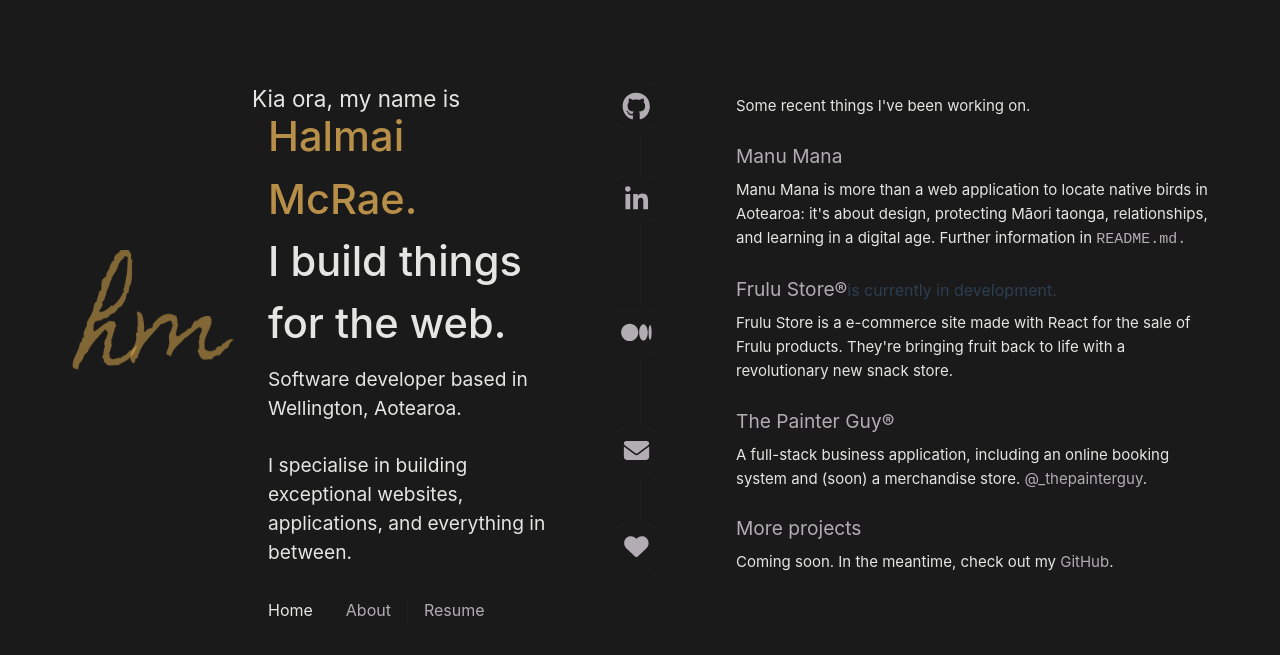
Repository: halmai-mcrae/halmai-vue-portfolio
Page: /
These files come from the project's save history. The page is drawn as it stood at one moment and after the next save; the edit follows.
The browser window is 1280 px wide. The pictures show the whole page.
The project was rebuilt for these pictures with package versions that can differ from the ones it lists, and the page was loaded fresh each time. Also part of the build but not shown: vite.config.ts.

Above is the page before, as saved 2022-11-27 18:26:58.

### index.html
<!DOCTYPE html>
<html lang="en">
  <head>
    <meta charset="UTF-8" />
    <link rel="icon" href="public/favicon.ico" />
    <link rel="apple-touch-icon" sizes="180x180" href="/apple-touch-icon.png">
    <link rel="icon" type="image/png" sizes="32x32" href="/favicon-32x32.png">
    <link rel="icon" type="image/png" sizes="16x16" href="/favicon-16x16.png">
    <link rel="manifest" href="/site.webmanifest">
    <meta name="viewport" content="width=device-width, initial-scale=1.0" />
    <title>Halmai McRae</title>
  </head>
  <body>
    <div id="app"></div>
    <script type="module" src="/src/main.ts"></script>
  </body>
</html>

### src/App.vue
<script setup lang="ts">
import { RouterLink, RouterView } from "vue-router";
import HelloWorld from "@/components/HelloWorld.vue";
</script>

<template>
  <header>
    <img
      alt="hm script"
      class="logo"
      src="@/assets/hmlogo.png"
      width="180"
      height="220"
    />

    <div class="wrapper">
      <HelloWorld msg="Halmai McRae" />

      <nav class="nav">
        <RouterLink to="/">Home</RouterLink>
        <RouterLink to="/about">About</RouterLink>
      <a href="/Halmai_McRae_Resume.pdf" target="_blank">
        Resume
      </a>
      </nav>

      <nav class="nav-hidden">
        <a href="https://github.com/halmai-mcrae">
          <font-awesome-icon icon="fa-brands fa-github" transform="grow-14 down-2"/>
        </a>
        <a href="https://www.linkedin.com/in/halmai-mcrae/">
          <font-awesome-icon icon="fa-brands fa-linkedin-in" transform="grow-12 down-2"/>
        </a>
        <a href="https://medium.com/@halmaimcrae">
          <font-awesome-icon icon="fa-brands fa-medium" transform="grow-10 down-2"/>
        </a>
        <a href="mailto: hello@halmaimcrae.co.nz">
          <font-awesome-icon icon="fa-solid fa-envelope" transform="grow-11 down-1"/>
        </a>
    <RouterLink to="/interests">
      <font-awesome-icon icon="fa-solid fa-heart" fixed-width transform="grow-10 down-1"/>
      </RouterLink>
      </nav>

    </div>
  </header>

  <RouterView />
</template>

<style>
@import "@/assets/base.css";

#app {
  max-width: 1200px;
  margin: 0 auto;
  padding: 2rem;
  font-weight: normal;
}

header {
  line-height: 1.5;
  max-height: 100vh;
}

.logo {
  display: block;
  margin: 0 auto 2rem;
}

a,
.green {
  text-decoration: none;
  color:  #B2ADB3;
  transition: 0.4s;
}

.nav-hidden {
    display: none;
  }

@media (hover: hover) {
  a:hover {
    background-color: transparent;
  }
}

nav {
  width: 100%;
  max-width: none;
  font-size: 12px;
  text-align: center;
  margin-top: 2rem;
}

nav a.router-link-exact-active {
  color: #e5e6e4;
}

nav a.router-link-exact-active:hover {
  background-color: transparent;
}

nav a {
  display: inline-block;
  padding: 0 1rem;
  border-left: 1px solid var(--color-border);
}

nav a:first-of-type {
  border: 0;
}

@media (min-width: 1024px) {
  body {
    display: flex;
    place-items: center;
  }

  #app {
    display: grid;
    grid-template-columns: 1fr 1fr;
    padding: 0 2rem;
  }

  header {
    display: flex;
    place-items: center;
    padding-right: calc(var(--section-gap) / 2);
  }

  header .wrapper {
    display: flex;
    place-items: flex-start;
    flex-wrap: wrap;
  }

  .logo {
    margin: 0 1rem 0 0;
  }

  nav {
    text-align: left;
    margin-left: -1rem;
    font-size: 1rem;

    padding: 1rem 0;
    margin-top: 1rem;
  }
}
@media (max-width: 1024px) {
  nav {
    font-size: 2.5vh;
  }
  .nav-hidden {
    display: block;
    margin-bottom: 2rem;
    padding: 10px;
  }

  .nav-hidden :hover {
    background-color: transparent;
  }

  @media (max-width: 495px) {
  body {
    text-align: left !important;
  }

  /* .logo {
    margin-top: 1.5rem;
    margin-bottom: -25px
  } */
}
}
</style>

### src/router/index.ts
import { createRouter, createWebHistory } from "vue-router";
import HomeView from "../views/HomeView.vue";

const router = createRouter({
  history: createWebHistory(import.meta.env.BASE_URL),
  routes: [
    {
      path: "/",
      name: "home",
      component: HomeView,
    },
    {
      path: "/about",
      name: "about",
      // route level code-splitting
      // this generates a separate chunk (About.[hash].js) for this route
      // which is lazy-loaded when the route is visited.
      component: () => import("../views/AboutView.vue"),
    },
    {
      path: "/interests",
      name: "interests",
      component: () => import("../views/InterestsView.vue"),
    },
    {
      path: "/projects",
      name: "projects",
      // route level code-splitting
      // this generates a separate chunk (About.[hash].js) for this route
      // which is lazy-loaded when the route is visited.
      component: () => import("../views/ProjectsView.vue"),
    },
  ],
});

export default router;

### src/assets/base.css
/* color palette from <https://github.com/vuejs/theme> */

:root {
  --vt-c-white: #ffffff;
  --vt-c-white-soft: #f8f8f8;
  --vt-c-white-mute: #f2f2f2;

  --vt-c-black: #181818;
  --vt-c-black-soft: #222222;
  --vt-c-black-mute: #282828;

  --vt-c-indigo: #2c3e50;

  --vt-c-divider-light-1: rgba(60, 60, 60, 0.29);
  --vt-c-divider-light-2: rgba(60, 60, 60, 0.12);
  --vt-c-divider-dark-1: rgba(84, 84, 84, 0.65);
  --vt-c-divider-dark-2: rgba(84, 84, 84, 0.48);

  --vt-c-text-light-1: var(--vt-c-indigo);
  --vt-c-text-light-2: rgba(60, 60, 60, 0.66);
  --vt-c-text-dark-1: var(--vt-c-white);
  --vt-c-text-dark-2: rgba(235, 235, 235, 0.64);
}

/* semantic color variables for this project */
:root {
  --color-background: var(--vt-c-white);
  --color-background-soft: var(--vt-c-white-soft);
  --color-background-mute: var(--vt-c-white-mute);

  --color-border: var(--vt-c-divider-light-2);
  --color-border-hover: var(--vt-c-divider-light-1);

  --color-heading: var(--vt-c-text-light-1);
  --color-text: var(--vt-c-text-light-1);

  --section-gap: 160px;
}

@media (prefers-color-scheme: dark) {
  :root {
    --color-background: var(--vt-c-black);
    --color-background-soft: var(--vt-c-black-soft);
    --color-background-mute: var(--vt-c-black-mute);

    --color-border: var(--vt-c-divider-dark-2);
    --color-border-hover: var(--vt-c-divider-dark-1);

    --color-heading: var(--vt-c-text-dark-1);
    --color-text: var(--vt-c-text-dark-2);
  }
}

*,
*::before,
*::after {
  box-sizing: border-box;
  margin: 0;
  position: relative;
  font-weight: normal;
}

body {
  min-height: 100vh;
  color: #e5e6e4;
  background: #1a1a1a;
  transition: color 0.5s, background-color 0.5s;
  line-height: 1.6;
  font-family: Inter, -apple-system, BlinkMacSystemFont, 'Segoe UI', Roboto, Oxygen, Ubuntu,
    Cantarell, 'Fira Sans', 'Droid Sans', 'Helvetica Neue', sans-serif;
  font-size: 15px;
  text-rendering: optimizeLegibility;
  -webkit-font-smoothing: antialiased;
  -moz-osx-font-smoothing: grayscale;
}

### src/components/HelloWorld.vue
<script setup lang="ts">
defineProps<{
  msg: string;
}>();
</script>

<template>
  <div class="greetings">
    <h2>Kia ora, my name is</h2>
    <h1 class="green">{{ msg }}.</h1>
    <h1 class="sub">I build things for the web.</h1>
    <h3>
      Software developer based in Wellington, Aotearoa.
      <br />
      <br/>
      I specialise in building exceptional websites, applications, and everything in between.
    </h3>
  </div>
</template>

<style scoped>
h1 {
  font-weight: 500;
  font-size: 2.6rem;
  top: -10px;
  color: #B88F48;
}

h3 {
  font-size: 1.2rem;
}

.greetings h1,
.greetings h3 {
  text-align: center;
}
.sub {
  color: #e5e6e4;
}

@media (min-width: 1024px) {
  .greetings h1,
  .greetings h3 {
    text-align: left;
  }
  .greetings h2 {
    margin-left: -1rem;
  }
}
</style>

### src/components/TheWelcome.vue
<script setup lang="ts">
import WelcomeItem from './WelcomeItem.vue'
import {
  RouterLink,
  RouterView,
} from 'vue-router'
</script>

<template>
  <WelcomeItem>
    <template #icon>
      <a href="https://github.com/halmai-mcrae">
        <font-awesome-icon
          icon="fa-brands fa-github"
          transform="grow-14 down-2"
        />
      </a>
    </template>
    Some recent things I've been working on.
  </WelcomeItem>

  <WelcomeItem>
    <template #icon>
      <a
        href="https://www.linkedin.com/in/halmai-mcrae/"
        ><font-awesome-icon
          icon="fa-brands fa-linkedin-in"
          transform="grow-12 down-2"
      /></a>
    </template>
    <template #heading
      ><a href="https://manu-mana.herokuapp.com/"
        >Manu Mana</a
      >
    </template>
    Manu Mana is more than a web application to locate native birds in Aotearoa: it's about
    design, protecting Māori taonga,
    relationships, and learning in a digital age. Further information in
    <a
      href="https://github.com/halmai-mcrae/Manu-Mana#readme"
      ><code>README.md.</code></a
    >
  </WelcomeItem>

  <WelcomeItem>
    <template #icon>
      <a href="https://medium.com/@halmaimcrae">
        <font-awesome-icon
          icon="fa-brands fa-medium"
          transform="grow-10 down-2"
        />
      </a>
    </template>

    <template #heading
      ><a href="/">Frulu Store®</a>
      <small>is currently in development.</small>
    </template>
    Frulu Store is a e-commerce site made with
    React for the sale of Frulu products. They're
    bringing fruit back to life with a
    revolutionary new snack store.
  </WelcomeItem>

  <WelcomeItem>
    <template #icon>
      <a href="mailto: hello@halmaimcrae.co.nz">
        <font-awesome-icon
          icon="fa-solid fa-envelope"
          transform="grow-11 down-1"
        />
      </a>
    </template>
    <template #heading
      ><a href="https://thepainterguy.co.nz/">The Painter Guy®</a>
      <small></small>
    </template>
    A full-stack business application, including
    an online booking system and (soon) a merchandise
    store.
    <a
      href="https://www.instagram.com/_thepainterguy/"
      >@_thepainterguy</a
    >.
  </WelcomeItem>

  <WelcomeItem>
    <template #icon>
      <RouterLink to="/interests"
        ><font-awesome-icon
          icon="fa-solid fa-heart"
          fixed-width
          transform="grow-10 down-1"
        />
      </RouterLink>
      <RouterView />
    </template>
    <template #heading
      ><RouterLink to="/projects">More projects</RouterLink></template
    >
    Coming soon. In the meantime, check out my
    <a href="https://github.com/halmai-mcrae"
      >GitHub</a
    >.
  </WelcomeItem>
</template>

Loaded but not shown: src/main.ts (common file); src/views/HomeView.vue (common file); src/components/WelcomeItem.vue (common file)

After the next save:
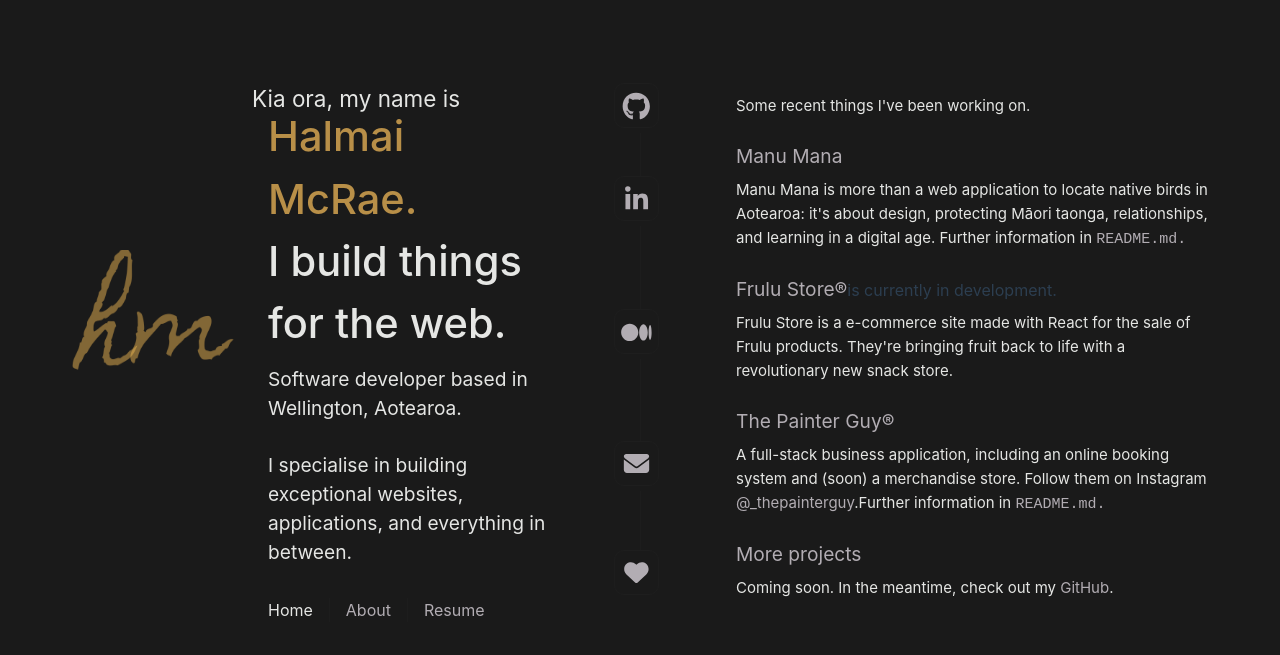
Saved 2 min 28 s later.
--- a/src/components/TheWelcome.vue
+++ b/src/components/TheWelcome.vue
@@ -77,11 +77,14 @@
     </template>
     A full-stack business application, including
     an online booking system and (soon) a merchandise
-    store.
+    store. Follow them on Instagram
     <a
       href="https://www.instagram.com/_thepainterguy/"
       >@_thepainterguy</a
-    >.
+    >.Further information in
+    <a
+      href="https://github.com/halmai-mcrae/v2-the-painter-guy-frontend"
+      ><code>README.md.</code></a>
   </WelcomeItem>
 
   <WelcomeItem>
